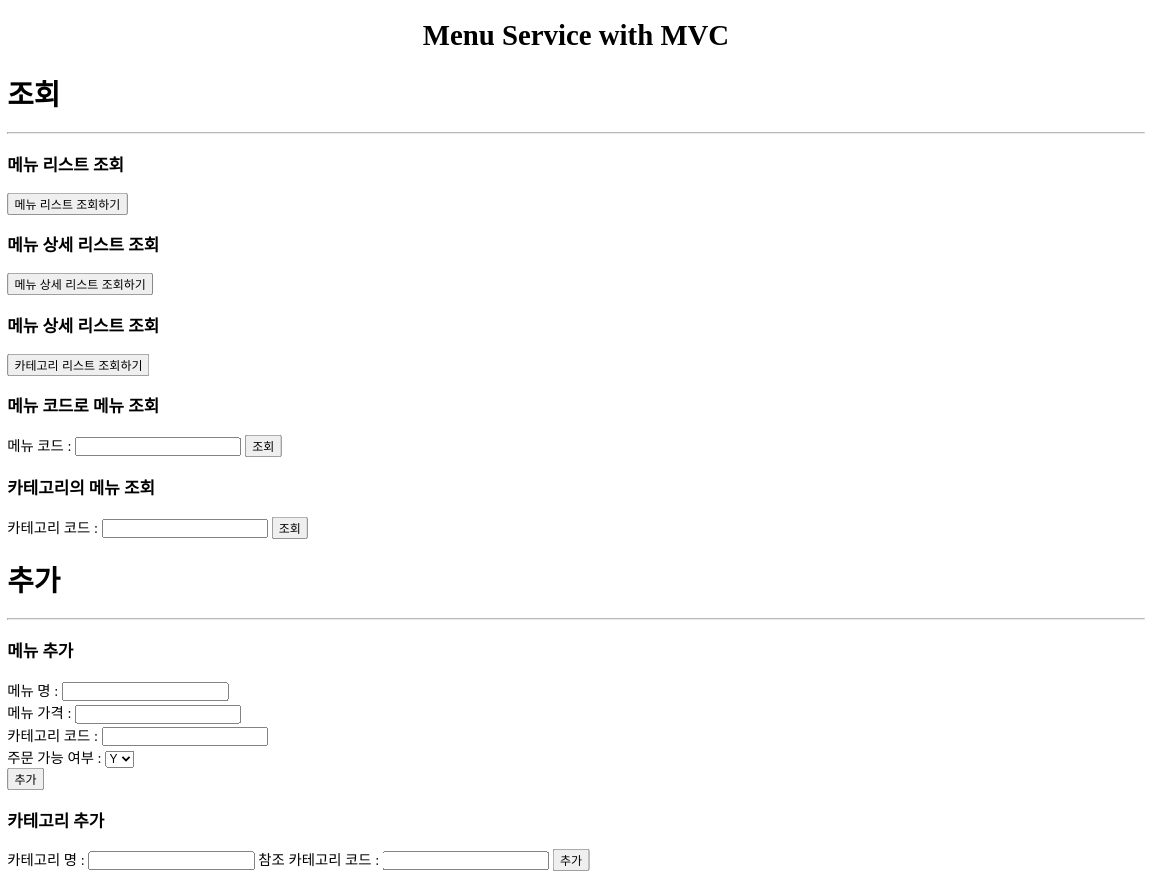
Repository: DaeyeonKim97/Menu-MVC
Page: http://localhost/menu-mvc-mybatis/
These files come from the project's save history. The page is drawn as it stood at one moment and after the next save; the edit follows.
The browser window is 1280 px wide. The pictures show the whole page, at 90% of full size.
The page is served by Tomcat 9. Nobody is signed in. The application's start-up code is not run. Other server files are loaded and not shown.

Above is the page before, as saved 2022-08-13 08:58:16.

### menu-mvc-mybatis/src/main/webapp/index.jsp
<%@ page language="java" contentType="text/html; charset=UTF-8"
    pageEncoding="UTF-8"%>
<!DOCTYPE html>
<html>
<head>
<meta charset="UTF-8">
<title>Menu MVC</title>
</head>
<body>
	<jsp:include page="./WEB-INF/views/common/header.jsp"/>
	<h1>조회</h1>
	<hr>
	<h3>메뉴 리스트 조회</h3>
	<button onclick="location.href = '${pageContext.servletContext.contextPath}/list'">
		메뉴 리스트 조회하기
	</button>
	<h3>메뉴 상세 리스트 조회</h3>
	<button onclick="location.href = '${pageContext.servletContext.contextPath}/detail-list'">
		메뉴 상세 리스트 조회하기
	</button>
	<h3>메뉴 상세 리스트 조회</h3>
	<button onclick="location.href = '${pageContext.servletContext.contextPath}/category-list'">
		카테고리 리스트 조회하기
	</button>
	<h3>메뉴 코드로 메뉴 조회</h3>
	<form action="menuCode">
		<label>메뉴 코드 :</label>
		<input type="number" name="menuCode" id="menuCode"/>
		<button type="submit">조회</button>
	</form>
	<h3>카테고리의 메뉴 조회</h3>
	<form action="categoryCode">
		<label>카테고리 코드 : </label>
		<input type="number" name="categoryCode" id="categoryCode"/>
		<button type="submit">조회</button>
	</form>
	<h1>추가</h1>
	<hr>
	<h3>메뉴 추가</h3>
	<form action="insertMenu" method="post">
		<label>메뉴 명 :</label>
		<input type="text" name="name"/>
		<br>
		<label>메뉴 가격 :</label>
		<input type="number" name="price"/>
		<br>
		<label>카테고리 코드 :</label>
		<input type="text" name="categoryCode"/>
		<br>
		<label>주문 가능 여부 :</label>
		<select name="orderableStatus">
			<option value="Y" selected>Y</option>
			<option value="N">N</option>
		</select>
		<br>

		<input type="submit" value="추가"/>
		<br>
		</form>

		<h3>카테고리 추가</h3>
	<form action="insertCategory" method="post">
		<label>카테고리 명 :</label>
		<input type="text" name="name"/>
		<label>참조 카테고리 코드 :</label>
		<input type="number" name="refCode"/>
		<input type="submit" value="추가"/>
	</form>

</body>
</html>

### menu-mvc-mybatis/src/main/webapp/WEB-INF/views/common/header.jsp
<%@ page language="java" contentType="text/html; charset=UTF-8"
    pageEncoding="UTF-8"%>
<!DOCTYPE html>
<html>
<head>
<meta charset="UTF-8">
<title>Insert title here</title>
</head>
<body>
	<h1 align="center">Menu Service with MVC</h1>
</body>
</html>

After the next save:
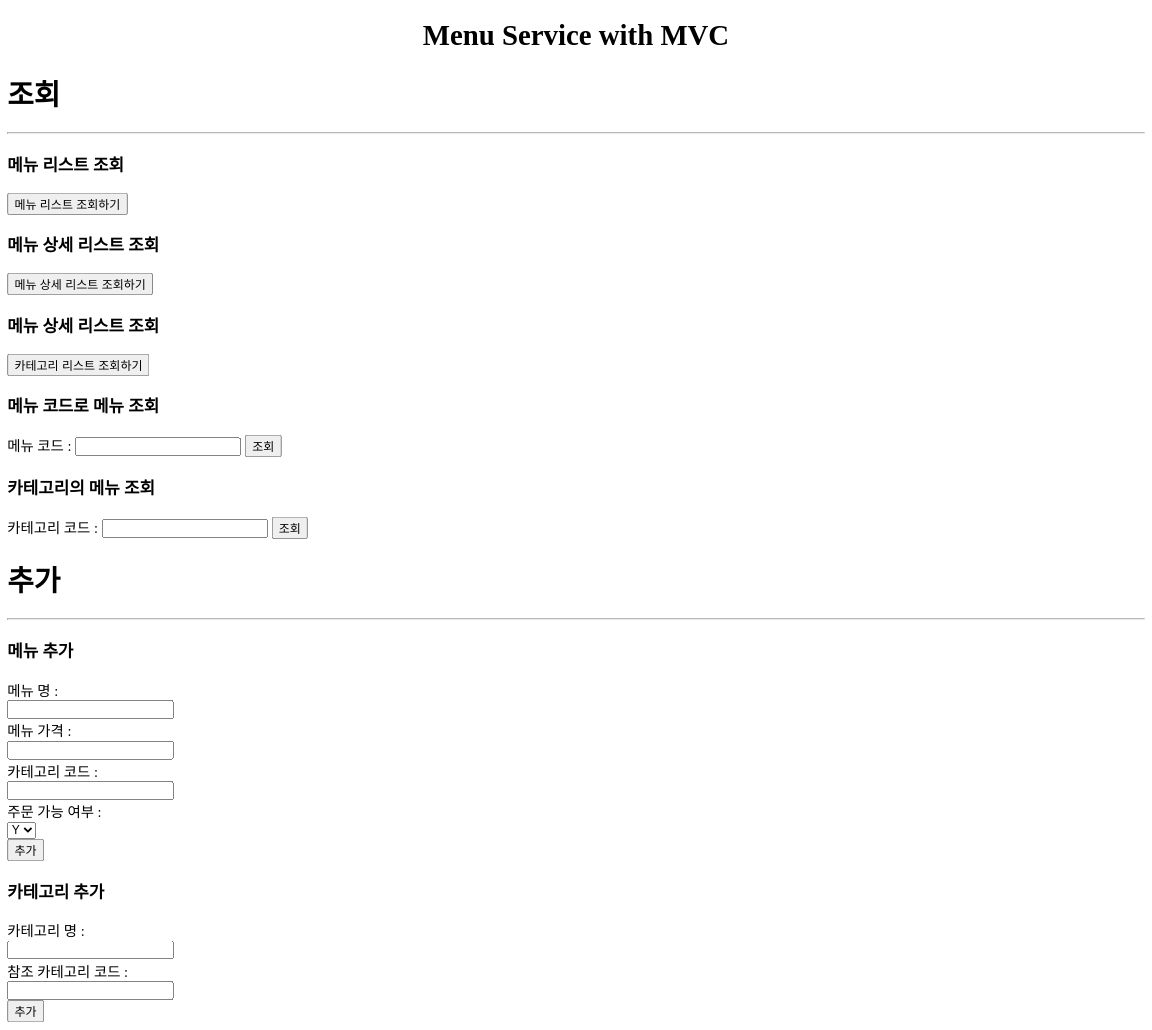
Saved 31 s later.
--- a/menu-mvc-mybatis/src/main/webapp/index.jsp
+++ b/menu-mvc-mybatis/src/main/webapp/index.jsp
@@ -39,15 +39,19 @@
 	<h3>메뉴 추가</h3>
 	<form action="insertMenu" method="post">
 		<label>메뉴 명 :</label>
+		<br>
 		<input type="text" name="name"/>
 		<br>
 		<label>메뉴 가격 :</label>
+		<br>
 		<input type="number" name="price"/>
 		<br>
 		<label>카테고리 코드 :</label>
+		<br>
 		<input type="text" name="categoryCode"/>
 		<br>
 		<label>주문 가능 여부 :</label>
+		<br>
 		<select name="orderableStatus">
 			<option value="Y" selected>Y</option>
 			<option value="N">N</option>
@@ -61,9 +65,13 @@
 		<h3>카테고리 추가</h3>
 	<form action="insertCategory" method="post">
 		<label>카테고리 명 :</label>
+		<br>
 		<input type="text" name="name"/>
+		<br>
 		<label>참조 카테고리 코드 :</label>
+		<br>
 		<input type="number" name="refCode"/>
+		<br>
 		<input type="submit" value="추가"/>
 	</form>
 
